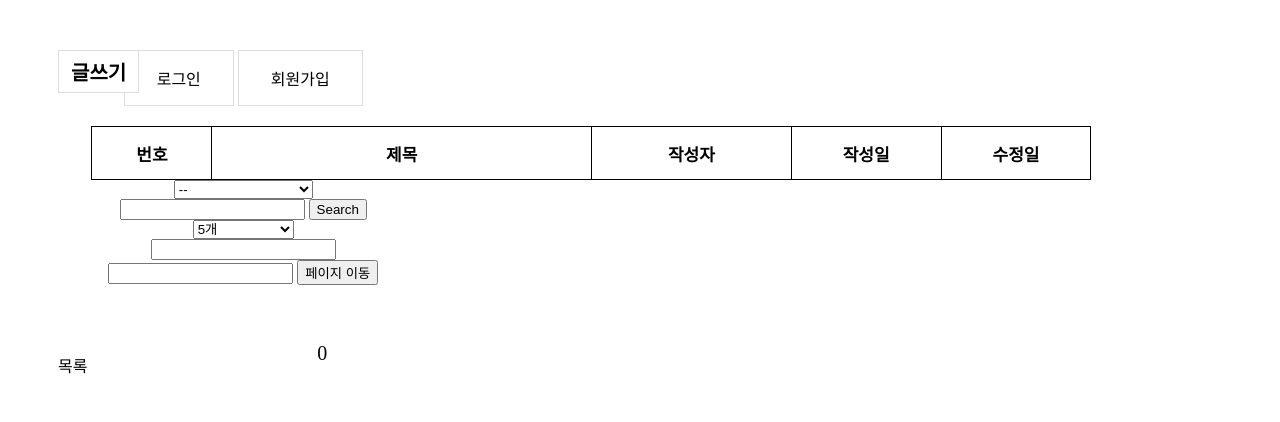
Repository: Shim-YoungDo/gaea-study
Page: http://localhost/study/WEB-INF/views/board/list.jsp
An editor plug-in stored every save of this project. The page is shown before and after the next save, followed by the edit.
The browser window is 1280 px wide. The pictures show the whole page.
The page is served by Tomcat 9. Nobody is signed in. The template is opened directly, without the code that normally fills it, so the values that code supplies are empty.

Above is the page before, as saved 2021-12-08 05:14:29.

After the next save:
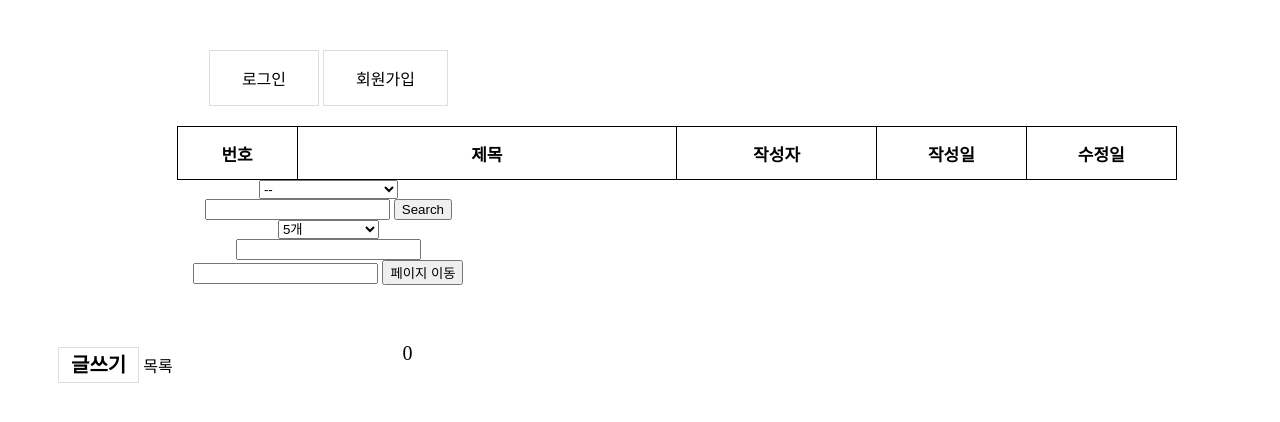
Saved 70 s later.
--- a/study/src/main/webapp/resources/css/board/list.css
+++ b/study/src/main/webapp/resources/css/board/list.css
@@ -34,7 +34,6 @@
   	width: 15%;
   }
   .enroll_btn{
-    position:absolute;
   	font-size: 20px;
     padding: 6px 12px;
     background-color: #fff;

After the save that followed:
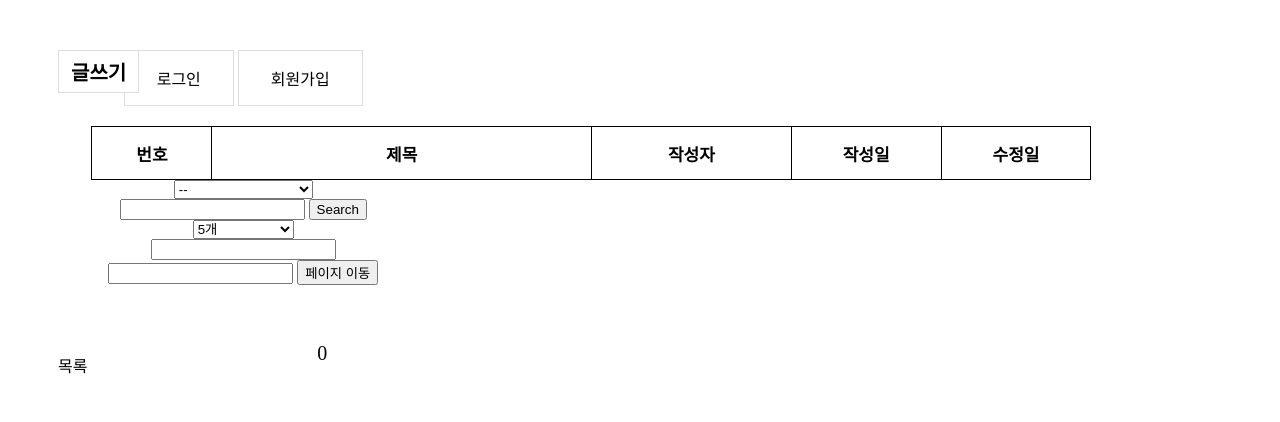
Saved 31 s later.
--- a/study/src/main/webapp/resources/css/board/list.css
+++ b/study/src/main/webapp/resources/css/board/list.css
@@ -34,6 +34,7 @@
   	width: 15%;
   }
   .enroll_btn{
+    position:absolute;
   	font-size: 20px;
     padding: 6px 12px;
     background-color: #fff;
